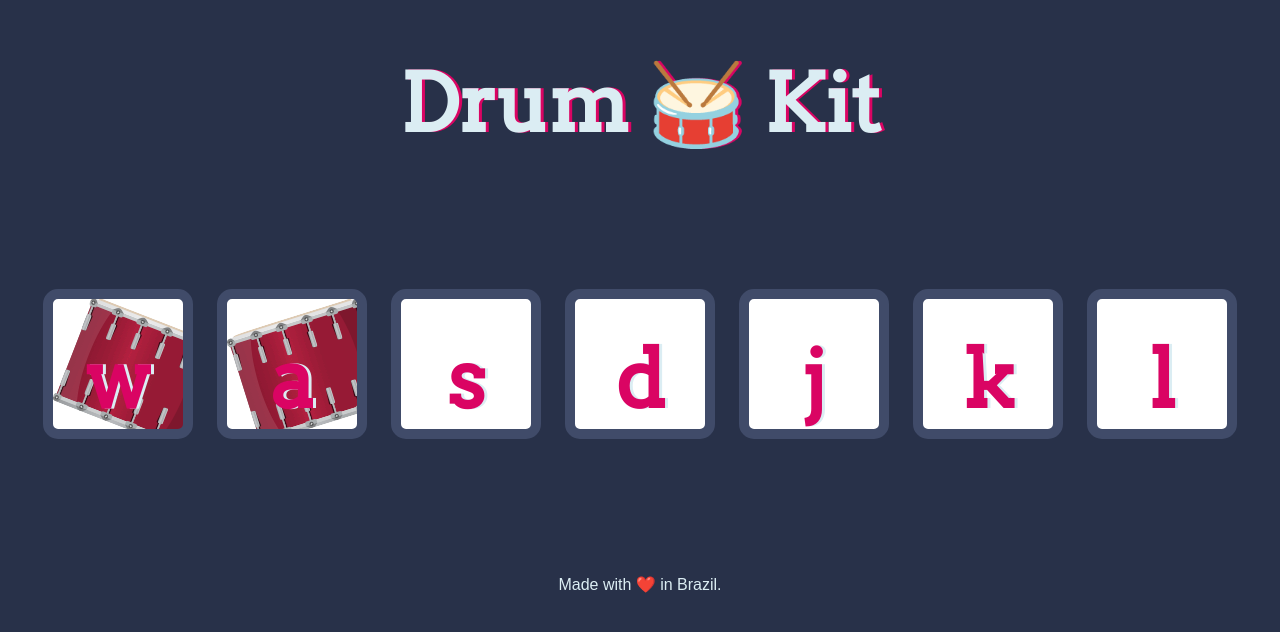
Repository: Mardoqueu/drum-kit
Page: index.html
An editor plug-in stored every save of this project. The page is shown before and after a run of saves, followed by the edit.
The browser window is 1280 px wide. The pictures show the whole page.

Above is the page before, as saved 2022-10-15 09:56:17.

### index.html
<!DOCTYPE html>
<html lang="en" dir="ltr">

<head>
  <meta charset="utf-8">
  <title>Drum Kit</title>
  <link rel="stylesheet" href="styles.css">
  <link href="https://fonts.googleapis.com/css?family=Arvo" rel="stylesheet">
</head>

<body>

  <h1 id="title">Drum 🥁 Kit</h1>
  <div class="set">
    <button class="w drum">w</button>
    <button class="a drum">a</button>
    <button class="s drum">s</button>
    <button class="d drum">d</button>
    <button class="j drum">j</button>
    <button class="k drum">k</button>
    <button class="l drum">l</button>
  </div>

  <script src="index.js"></script>

  <footer>
    Made with ❤️ in Brazil.
  </footer>
</body>

</html>

### styles.css
body {
  text-align: center;
  background-color: #283149;
}

h1 {
  font-size: 5rem;
  color: #DBEDF3;
  font-family: "Arvo", cursive;
  text-shadow: 3px 0 #DA0463;

}

footer {
  color: #DBEDF3;
  font-family: sans-serif;
}

.w {
  background-image: url("images/tom1.png");
}

.a {
  background-image: url("images/tom2.png");
}

.s {

}

.d {

}

.j {

}

.k {

}

.l {

}

.set {
  margin: 10% auto;
}

.game-over {
  background-color: red;
  opacity: 0.8;
}

.pressed {
  box-shadow: 0 3px 4px 0 #DBEDF3;
  opacity: 0.5;
}

.red {
  color: red;
}

.drum {
  outline: none;
  border: 10px solid #404B69;
  font-size: 5rem;
  font-family: 'Arvo', cursive;
  line-height: 2;
  font-weight: 900;
  color: #DA0463;
  text-shadow: 3px 0 #DBEDF3;
  border-radius: 15px;
  display: inline-block;
  width: 150px;
  height: 150px;
  text-align: center;
  margin: 10px;
  background-color: white;
}

### index.js

var numberOfDrumButtons =  document.querySelectorAll(".drum").length;
var audio = new Audio('sounds/tom-1.mp3');


for(var i = 0; i < numberOfDrumButtons; i++){

    document.querySelectorAll("button")[i].addEventListener("click", function(){
        audio.play();

    });
}

After the next 2 saves:
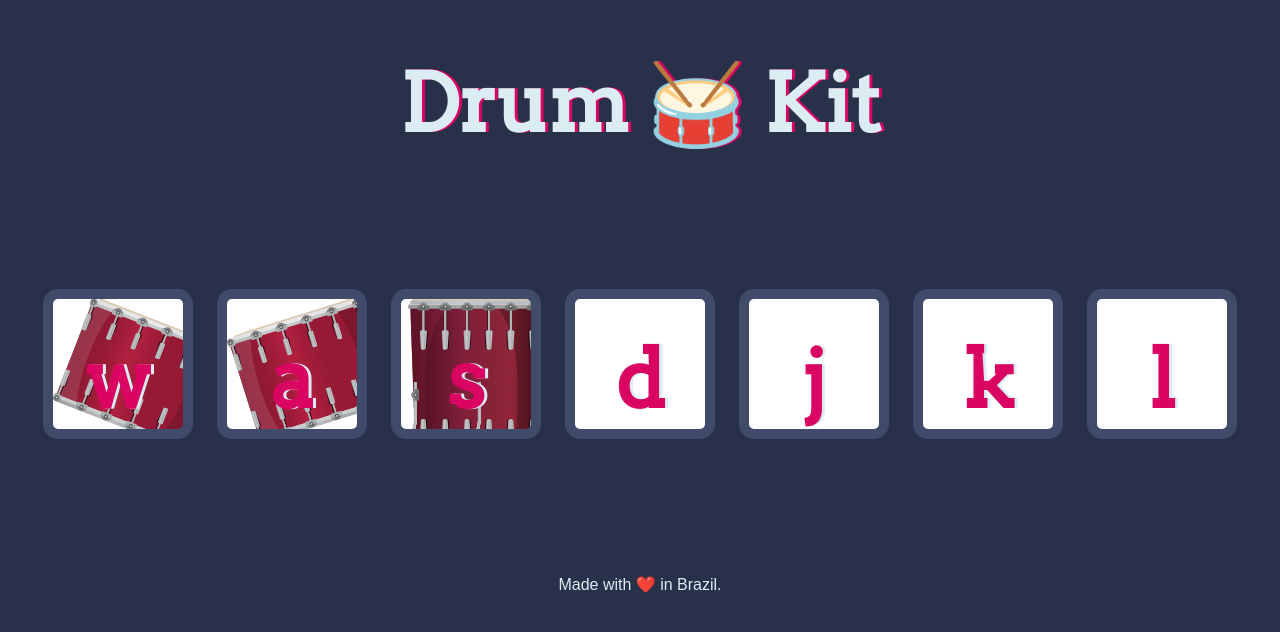
The 2 saves are shown as one change because they came seconds apart.
The last was saved 10 s later.
--- a/styles.css
+++ b/styles.css
@@ -25,7 +25,7 @@
 }
 
 .s {
-
+  background-image: url("images/tom3.png");
 }
 
 .d {
